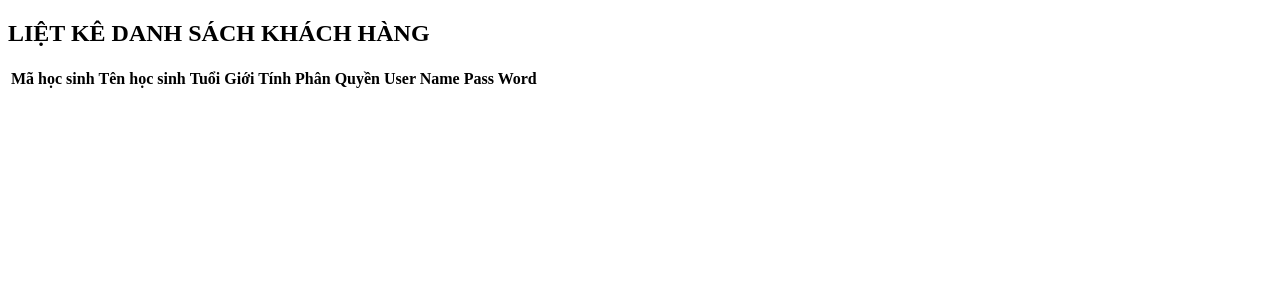
Repository: nguyenquocvuong010195/Jsp-Servlet
Page: http://localhost/JSP-Servlet-Buy/StudentManagerServlet
An editor plug-in stored every save of this project. The page is shown before and after the next save, followed by the edit.
The browser window is 1280 px wide. The pictures show the whole page.
The page is served by Tomcat 9. Other server files are loaded and not shown. Queries for data that is not in the repository find no rows.

Above is the page before, as saved 2020-07-29 16:22:08.
Console error: ReferenceError: $ is not defined

### JSP-Servlet/JSP-Servlet-Buy/WebContent/studentManager.jsp
<%@ page language="java" contentType="text/html; charset=UTF-8" pageEncoding="UTF-8"%>

<%@page import="java.util.ArrayList"%>
<%@ taglib uri="http://java.sun.com/jsp/jstl/core" prefix="c" %>
<!DOCTYPE html PUBLIC "-//W3C//DTD HTML 4.01 Transitional//EN" "http://www.w3.org/TR/html4/loose.dtd">

<html>
<head>
<title>LIỆT KÊ DANH SÁCH KHÁCH HÀNG</title>

</head>
<body>


	</header>

	<div class="container mt-3" class ="DanhSach">
		<h2>LIỆT KÊ DANH SÁCH KHÁCH HÀNG</h2>
		<table class="table table-bordered table-striped " id="example">
			<thead>
				<tr>
					<th>Mã học sinh</th>
					<th>Tên học sinh</th>
					<th>Tuổi</th>
					<th>Giới Tính</th>
					<th>Phân Quyền</th>
					<th>User Name</th>
					<th>Pass Word</th>
				</tr>
			</thead>
			<tbody id="myTable">
			<c:forEach items="${listStudent}" var="stu">
				<tr>
						<td>${stu.studentID}</td>
						<td>${stu.name}</td>
						<td>${stu.age}</td>
						<td>${stu.sdt}</td>
						<td>${stu.gender}</td>
						<td>${stu.role}</td>
						<td>${stu.username}</td>
						<td>${stu.password}</td>
						<td>
							<div class="dropdown">
								<button type="button" class="btn btn-primary dropdown-toggle" data-toggle="dropdown">Option</button>
								<div class="dropdown-menu">
									<a class="dropdown-item" href="SuaThongTinServlet?maKH=${stu.studentID}&chucNang=suaKH">Edit</a>
									<a class="dropdown-item" href="XoaThongTinServlet?maKH=${stu.studentID}&chucNang=xoaKH">Delete</a>
								</div>
							</div>
						</td>
				</tr>
			</c:forEach>
			</tbody>
		</table>

	</div>

	<script>
	$(document).ready(function() {
        $('#example').DataTable({
			"ordering": false,
			"lengthChange": false,
			"searching": true,
			"pageLength": 6
		});
    });
	</script>

	<!-- Footer -->

	<!-- Footer -->
</body>
</html>

### JSP-Servlet/JSP-Servlet-Buy/src/controller/StudentManagerServlet.java
package controller;

import java.io.IOException;
import java.util.List;

import javax.servlet.RequestDispatcher;
import javax.servlet.ServletException;
import javax.servlet.annotation.WebServlet;
import javax.servlet.http.HttpServlet;
import javax.servlet.http.HttpServletRequest;
import javax.servlet.http.HttpServletResponse;

import daoImpl.StudentsDAOImpl;
import dto.Student;

/**
 * Servlet implementation class StudentManagerServlet
 */
@WebServlet("/StudentManagerServlet")
public class StudentManagerServlet extends HttpServlet {
	private static final long serialVersionUID = 1L;

    /**
     * @see HttpServlet#HttpServlet()
     */
    public StudentManagerServlet() {
        super();
        // TODO Auto-generated constructor stub
    }

	/**
	 * @see HttpServlet#doGet(HttpServletRequest request, HttpServletResponse response)
	 */
	protected void doGet(HttpServletRequest request, HttpServletResponse response) throws ServletException, IOException {
		StudentsDAOImpl stu = new StudentsDAOImpl();
		List<Student> listStudent = stu.getAllStudents();
		request.setAttribute("listStudent", listStudent);
		RequestDispatcher rd = request.getRequestDispatcher("studentManager.jsp");
		rd.forward(request, response);
	}

	/**
	 * @see HttpServlet#doPost(HttpServletRequest request, HttpServletResponse response)
	 */
	protected void doPost(HttpServletRequest request, HttpServletResponse response) throws ServletException, IOException {
		// TODO Auto-generated method stub
		doGet(request, response);
	}

}

### JSP-Servlet/JSP-Servlet-Buy/src/dao/StudentsDAO.java
package dao;

import java.util.ArrayList;

import dto.Student;



public interface StudentsDAO {
	public ArrayList<Student> getAllStudents() ;
	public void insertStudent(Student student);
	public void updateStudent(Student student);
	public void deleteStudent(int studentID);
	public Student findStudentByUserAndPassword(String username , String password);
	public void createStudent(Student student);
	public void createStudentByAdmin(Student student);
	public Student getStudentById(int id);
	public boolean addNewStudent(Student student);
}

### JSP-Servlet/JSP-Servlet-Buy/src/daoImpl/StudentsDAOImpl.java
package daoImpl;

import java.sql.Connection;
import java.sql.PreparedStatement;
import java.sql.ResultSet;
import java.sql.SQLException;
import java.sql.Statement;
import java.util.ArrayList;
import java.util.Date;
import java.util.List;

import org.apache.taglibs.standard.extra.spath.Step;

import dao.StudentsDAO;
import dbconnection.ConnectionFactory;
import dto.Borrows;
import dto.CheckUser;
import dto.HistoryBook;
import dto.Student;

public class StudentsDAOImpl implements StudentsDAO {

	@Override
	public ArrayList<Student> getAllStudents() {
		Connection con = null;
		Statement sta = null;
		ResultSet rs = null;
		String sql = " SELECT * FROM students";
		ArrayList<Student> liststudents = new ArrayList<Student>();
		try {
			con = ConnectionFactory.getConnection();
			sta = con.createStatement();
			rs = sta.executeQuery(sql);
			while(rs.next()) {
				Student stu = new Student();
				stu.setStudentID(rs.getInt("studentID"));
				stu.setName(rs.getString("nameStudent"));
				stu.setAge(rs.getInt("age"));
				stu.setGender(rs.getInt("gender"));
				stu.setRole(rs.getString("role"));
				stu.setUsername(rs.getString("username"));
				stu.setPassword(rs.getString("password"));
				liststudents.add(stu);
			}
		} catch (Exception e) {
			e.printStackTrace();
		}finally {
			if(con!=null) {
				try {
					con.close();
				} catch (SQLException e) {
					e.printStackTrace();
				}
			}
			if(sta!=null) {
				try {
					sta.close();
				} catch (Exception e) {
					e.printStackTrace();
				}
			}
			if(rs!=null) {
				try {
					rs.close();
				} catch (Exception e) {
					e.printStackTrace();
				}
			}
		}
		return liststudents;
	}

	@Override
	public void insertStudent(Student student) {
		Connection con = null;
		PreparedStatement pre = null;
		String sql = " INSERT INTO students(nameStudent,age,gender,role,username,password) VALUES(?,?,?,?,?,?)";
		try {
			con = ConnectionFactory.getConnection();
			pre = con.prepareStatement(sql);
			pre.setString(1, student.getName());
			pre.setInt(2, student.getAge());
			pre.setInt(3, student.getGender());
			pre.setString(4, student.getRole());
			pre.setInt(5, 1);
			pre.setInt(6,1);

		} catch (Exception e) {
			e.printStackTrace();
		}finally {
			if(con!=null) {
				try {
					con.close();
				} catch (Exception e) {
					e.printStackTrace();
				}
			}
			if(pre!=null) {
				try {
					pre.close();
				} catch (Exception e) {
					e.printStackTrace();
				}
			}
		}
	}

	@Override
	public void updateStudent(Student student) {
		Connection con = null;
		PreparedStatement pre = null;
		String sql = " UPDATE students SET nameStudent=?,age=?,gender=?,role=?,password=? WHERE studentId=?";
		try {
			con = ConnectionFactory.getConnection();
			pre = con.prepareStatement(sql);
			pre.setString(1, student.getName());
			pre.setInt(2, student.getAge());
			pre.setInt(3,student.getGender());
			pre.setString(4, student.getRole());
			pre.setString(5, student.getPassword());
			pre.setInt(6,student.getStudentID());
			pre.executeUpdate();
		} catch (Exception e) {
			e.printStackTrace();
		}finally {
			if(con!=null) {
				try {
					con.close();
				} catch (Exception e) {
					e.printStackTrace();
				}
			}
			if(pre!=null) {
				try {
					pre.close();
				} catch (Exception e) {
					e.printStackTrace();
				}
			}
		}

	}

	@Override
	public void deleteStudent(int studentID) {
		Connection con = null;
		PreparedStatement pre = null;
		String sql = "DELETE FROM students WHERE studentId="+studentID;
		try {
			con = ConnectionFactory.getConnection();
			pre = con.prepareStatement(sql);
			pre.executeUpdate();

		} catch (Exception e) {
			e.printStackTrace();
		}finally {
			if(con!=null) {
				try {
					con.close();
				} catch (Exception e) {
					e.printStackTrace();
				}
			}
			if(pre!=null) {
				try {
					pre.close();
				} catch (Exception e) {
					e.printStackTrace();
				}
			}
		}
	}

	@Override
	public Student findStudentByUserAndPassword(String userName, String passWord) {
		Connection con = null;
		PreparedStatement pre = null;
		//luôn luôn dùng rs khi hàm trả về 1 đối tượng khi query
		ResultSet rs = null;
		String sql="SELECT * FROM students WHERE username=? AND password=?";
		try {
			con = ConnectionFactory.getConnection();
			pre = con.prepareStatement(sql);
			pre.setString(1, userName);
			pre.setString(2, passWord);
			rs=pre.executeQuery();
			while(rs.next()) {
				Student stu = new Student();
				stu.setStudentID(rs.getInt("studentID"));
				stu.setName(rs.getString("nameStudent"));
				stu.setAge(rs.getInt("age"));
				stu.setGender(rs.getInt("gender"));
				stu.setRole(rs.getString("role"));
				stu.setUsername(rs.getString("username"));
				stu.setPassword(rs.getString("password"));
				return stu;
			}
		} catch (Exception e) {
			e.printStackTrace();
		}finally {
			if(con!=null) {
				try {
					con.close();
				} catch (Exception e) {
					e.printStackTrace();
				}
			}
			if(pre!=null) {
				try {
					pre.close();
				} catch (Exception e) {
					e.printStackTrace();
				}
			}
		}
		return null;
	}

	@Override
	public void createStudent(Student student) {
		Connection con = null;
		PreparedStatement pre = null;
		String sql = " INSERT INTO students(nameStudent,age,gender,username,password) VALUES (?,?,?,?,?)";
		try {
			con = ConnectionFactory.getConnection();
			pre = con.prepareStatement(sql);
			pre.setString(1, student.getName());
			pre.setInt(2, student.getAge());
			pre.setInt(3, student.getGender());
			pre.setString(4, student.getUsername());
			pre.setString(5, student.getPassword());
			pre.executeUpdate();
		} catch (Exception e) {
			e.printStackTrace();
		}finally {
			if(con!=null) {
				try {
					con.close();
				} catch (Exception e) {
					e.printStackTrace();
				}
			}
			if(pre!=null) {
				try {
					pre.close();
				} catch (Exception e) {
					e.printStackTrace();
				}
			}
		}
	}

	@Override
	public void createStudentByAdmin(Student student) {
		Connection con = null;
		PreparedStatement pre = null;
		String sql = " INSERT INTO students(nameStudent,age,gender,role,username,password) VALUES (?,?,?,?,?,?)";

		try {
			con = ConnectionFactory.getConnection();
			pre = con.prepareStatement(sql);
			pre.setString(1, student.getName());
			pre.setInt(2, student.getAge());
			pre.setInt(3, student.getGender());
			pre.setString(4, student.getRole());
			pre.setString(5, student.getUsername());
			pre.setString(6, student.getPassword());
			pre.executeUpdate();

		} catch (Exception e) {
			// TODO: handle exception
			e.printStackTrace();
		}finally {
			if(con!=null) {
				try {
					con.close();
				} catch (Exception e) {
					e.printStackTrace();
				}
			}
			if(pre!=null) {
				try {
					pre.close();
				} catch (Exception e) {
					e.printStackTrace();
				}
			}
		}

	}
	//SELECT DATEDIFF(day, '2011/08/25', '2011/08/28') AS DateDiff;
	public static List<HistoryBook> listMuonSach(String dateBefore, String dateAfter){
		List<HistoryBook> list = new ArrayList<HistoryBook>();
		Connection conn = null;
		PreparedStatement pre = null;
		String sql  = "SELECT s.nameStudent, b.name , br.BorrowDate, br.quantity\r\n" +
				"FROM students as s join\r\n" +
				"(SELECT bookId, StudentID,BorrowDate,quantity FROM borrows  where (SELECT DATEDIFF(BorrowDate, ?))>=0 AND (SELECT DATEDIFF(BorrowDate, ?))<=0)\r\n" +
				" as br on br.studentID = s.studentId join books as b on br.bookID = b.bookID;";
		try {
			conn = ConnectionFactory.getConnection();
			pre = conn.prepareStatement(sql);
			pre.setString(1, dateBefore);
			pre.setString(2, dateAfter);
			ResultSet rs = pre.executeQuery();
			while(rs.next()) {
				//				int borrowId =rs.getInt("BorrowID");
				//				int studentId = rs.getInt("StudentID");
				//				int bookId = rs.getInt("BookID");
				//				Date date = rs.getDate("BorrowDate");
				//				int sl = rs.getInt("Quantity");
				//				Borrows br = new Borrows(borrowId, studentId, bookId, date,sl);
				//				list.add(br);
				String stuName = rs.getString("nameStudent");
				String booName = rs.getString("name");
				Date date = rs.getDate("BorrowDate");
				int sl = rs.getInt("quantity");
				HistoryBook hb = new HistoryBook(stuName, booName, date, sl);
				list.add(hb);
			}
		} catch (SQLException e) {
			e.printStackTrace();
		}finally {
			if(conn!=null) {
				try {
					conn.close();
				} catch (Exception e) {
					e.printStackTrace();
				}
			}
			if(pre!=null) {
				try {
					pre.close();
				} catch (Exception e) {
					e.printStackTrace();
				}
			}
		}
		return list;
	}

	@Override
	public Student getStudentById(int id) {
		Connection con = null;
		Statement sta = null;
		ResultSet rs = null;
		String sql = " SELECT * FROM students WHERE studentID = "+id;
		try {
			con = ConnectionFactory.getConnection();
			sta = con.createStatement();
			rs = sta.executeQuery(sql);
			while(rs.next()) {
				Student st = new Student();
				st.setStudentID(id);
				st.setName(rs.getString("nameStudent"));
				st.setAge(rs.getInt("age"));
				st.setGender(rs.getInt("gender"));
				st.setRole(rs.getString("role"));
				st.setUsername(rs.getString("username"));
				st.setPassword(rs.getString("password"));
				return st;
			}
		} catch (Exception e) {
			e.printStackTrace();
		}finally {
			if(con!=null) {
				try {
					con.close();
				} catch (Exception e) {
					e.printStackTrace();
				}
			}
			if(sta!=null) {
				try {
					sta.close();
				} catch (Exception e) {
					e.printStackTrace();
				}
			}
		}
		return null;
	}

	@Override
	public boolean addNewStudent(Student student) {
		Connection con = null;
		PreparedStatement pre = null;
		boolean result = true;
		String sql = " INSERT INTO students(nameStudent,age,gender,role,username,password) VALUES (?,?,?,?,?,?)";
		try {
			con = ConnectionFactory.getConnection();
			pre = con.prepareStatement(sql);
			pre.setString(1, student.getName());
			pre.setInt(2, student.getAge());
			pre.setInt(3, student.getGender());
			pre.setString(4, "student");
			pre.setString(5, student.getUsername());
			pre.setString(6, student.getPassword());
			pre.executeUpdate();

		} catch (Exception e) {
			e.printStackTrace();
			result = false;
		}finally {
			if(con!=null) {
				try {
					con.close();
				} catch (Exception e) {
					e.printStackTrace();
				}
			}
			if(pre!=null) {
				try {
					pre.close();
				} catch (Exception e) {
					e.printStackTrace();
				}
			}
		}
		return result;
	}
	public CheckUser checkUser(String userName) {
		Connection con = null;
		PreparedStatement pre = null;
		boolean result = true;
		ResultSet  rs = null;
		String sql ="SELECT COUNT(*) AS CNT FROM students WHERE username = ?;";
		try {
			con = ConnectionFactory.getConnection();
			pre = con.prepareStatement(sql);
			pre.setString(1, userName);
			rs = pre.executeQuery();

			// đù má quên haha
			while(rs.next()) {
				CheckUser ch = new CheckUser();

				ch.setNumber(rs.getInt("CNT"));
				return ch;
			}
		} catch (Exception e) {
			e.printStackTrace();
		}finally {
			if(con!=null) {
				try {
					con.close();
				} catch (Exception e) {
					e.printStackTrace();
				}
			}
			if(pre!=null) {
				try {
					pre.close();
				} catch (Exception e) {
					e.printStackTrace();
				}
			}
		}
		return null;


	}


}

### JSP-Servlet/JSP-Servlet-Buy/src/dbconnection/ConnectionFactory.java
package dbconnection;

import java.sql.Connection;
import java.sql.DriverManager;
import java.sql.SQLException;

import daoImpl.StudentsDAOImpl;

public class ConnectionFactory {

	public static final String URL = "jdbc:mysql://localhost:3306/BookStore";
	public static final String USER = "root";
	public static final String PASS = "trinhdien!123";

	/**
	 * Get a connection to database
	 *
	 * @return Connection object
	 */

	public static Connection getConnection() {
		Connection conn = null;
		try {
			Class.forName("com.mysql.cj.jdbc.Driver");
			conn = DriverManager.getConnection(URL, USER, PASS);
			System.out.println("connect successfully!");
		} catch (Exception ex) {
			System.out.println("connect failure!");
			ex.printStackTrace();
		}
		return conn;
	}

	/**
	 * Test Connection
	 */
//	public static void main(String[] args) {
//		StudentsDAOImpl.listMuonSach("2016-08-15", "2020-07-28");
//	}
	 public static void main(String[] args) {
	        ConnectionFactory.getConnection();
	    }
}

After the next save:
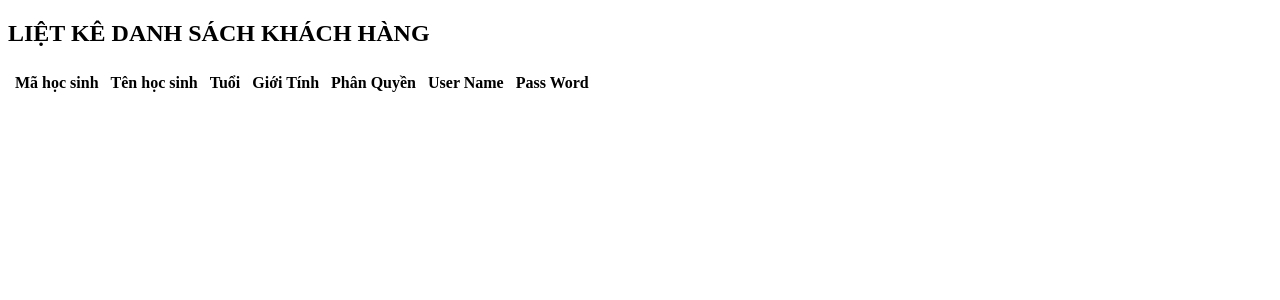
Saved 72 s later.
--- a/JSP-Servlet/JSP-Servlet-Buy/WebContent/studentManager.jsp
+++ b/JSP-Servlet/JSP-Servlet-Buy/WebContent/studentManager.jsp
@@ -16,7 +16,7 @@
 
 	<div class="container mt-3" class ="DanhSach">
 		<h2>LIỆT KÊ DANH SÁCH KHÁCH HÀNG</h2>
-		<table class="table table-bordered table-striped " id="example">
+		<table class="table table-bordered table-striped " id="example" cellpadding="5">
 			<thead>
 				<tr>
 					<th>Mã học sinh</th>
